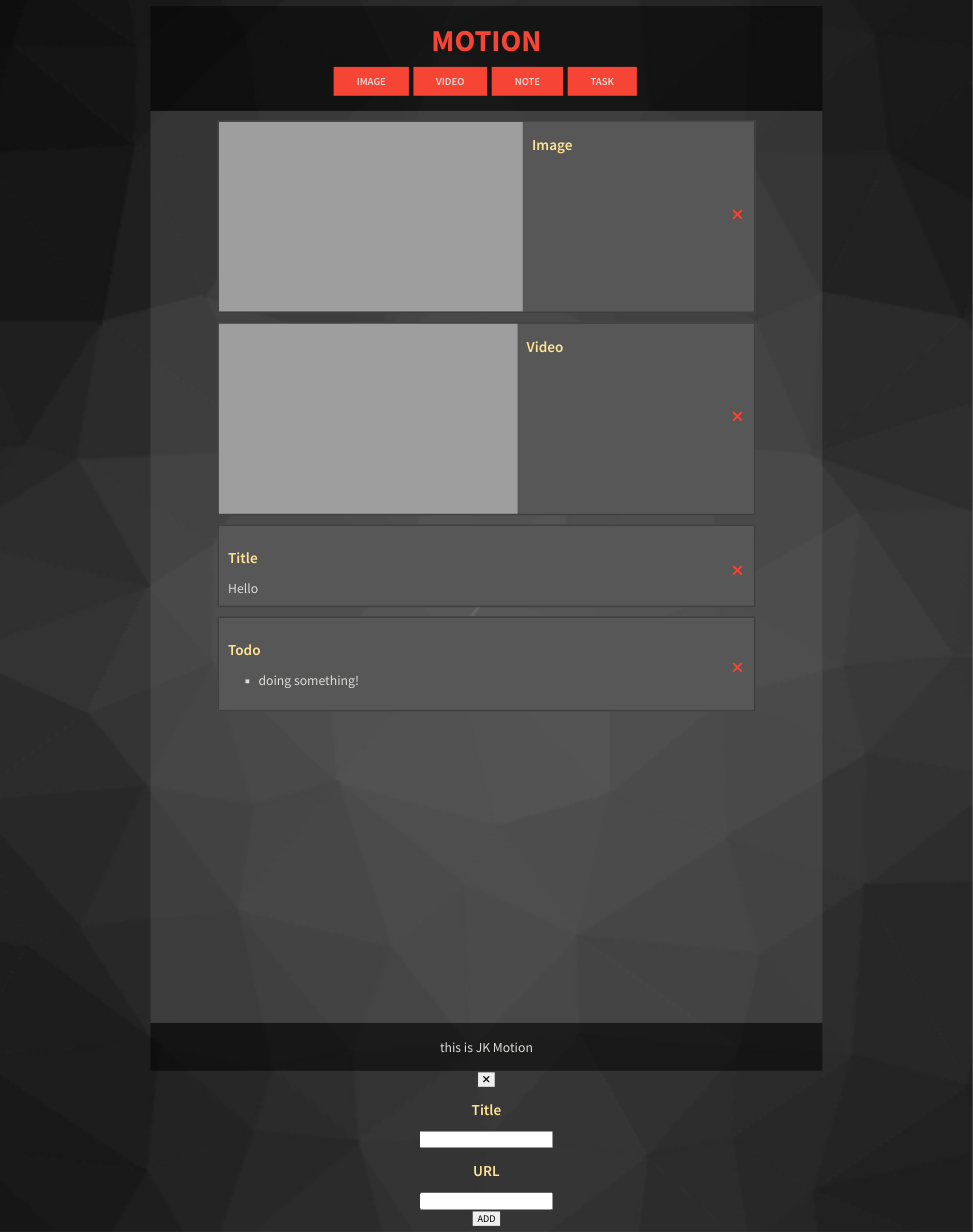
Repository: keehoonjung/Motion-project
Page: index.html
The author's editor kept a copy of each file at every save. The page is drawn from the files as they stood at one save, then again after the next save.
The browser window is 1280 px wide. The pictures show the whole page, at 76% of full size.
Pictures or frames that could not be fetched are drawn as grey boxes. Some web libraries are served in a nearby version.

Above is the page before, as saved 2021-08-23 16:32:34.

After the next save:
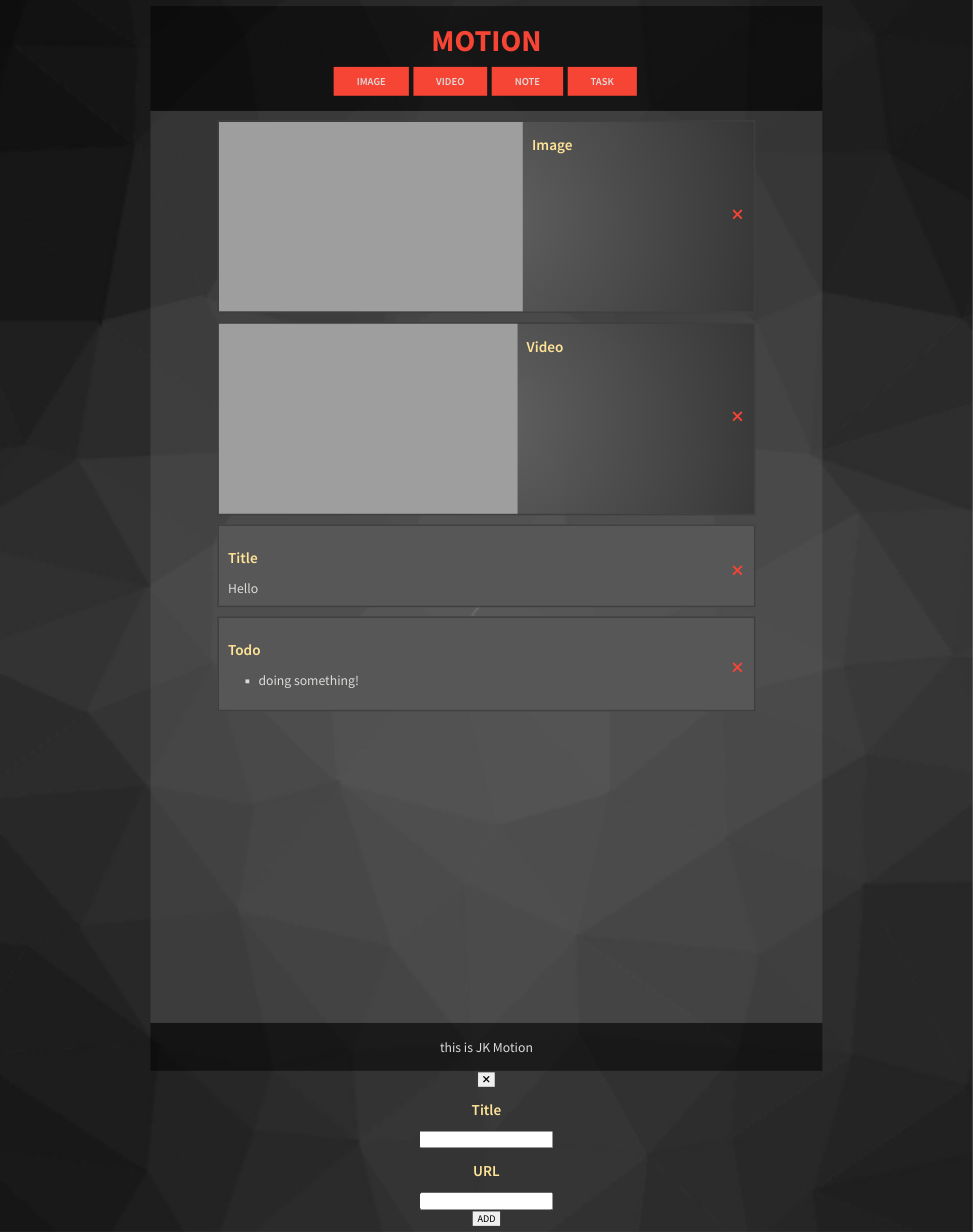
Saved 61 s later.
--- a/style.css
+++ b/style.css
@@ -98,6 +98,7 @@ button {
   position: relative;
   border: 2px solid var(--border-color);
   background-color: var(--text-edit-bg-color);
+  background: var(--component-bg-gradient);
   width: 80%;
   margin: auto;
   display: flex;
